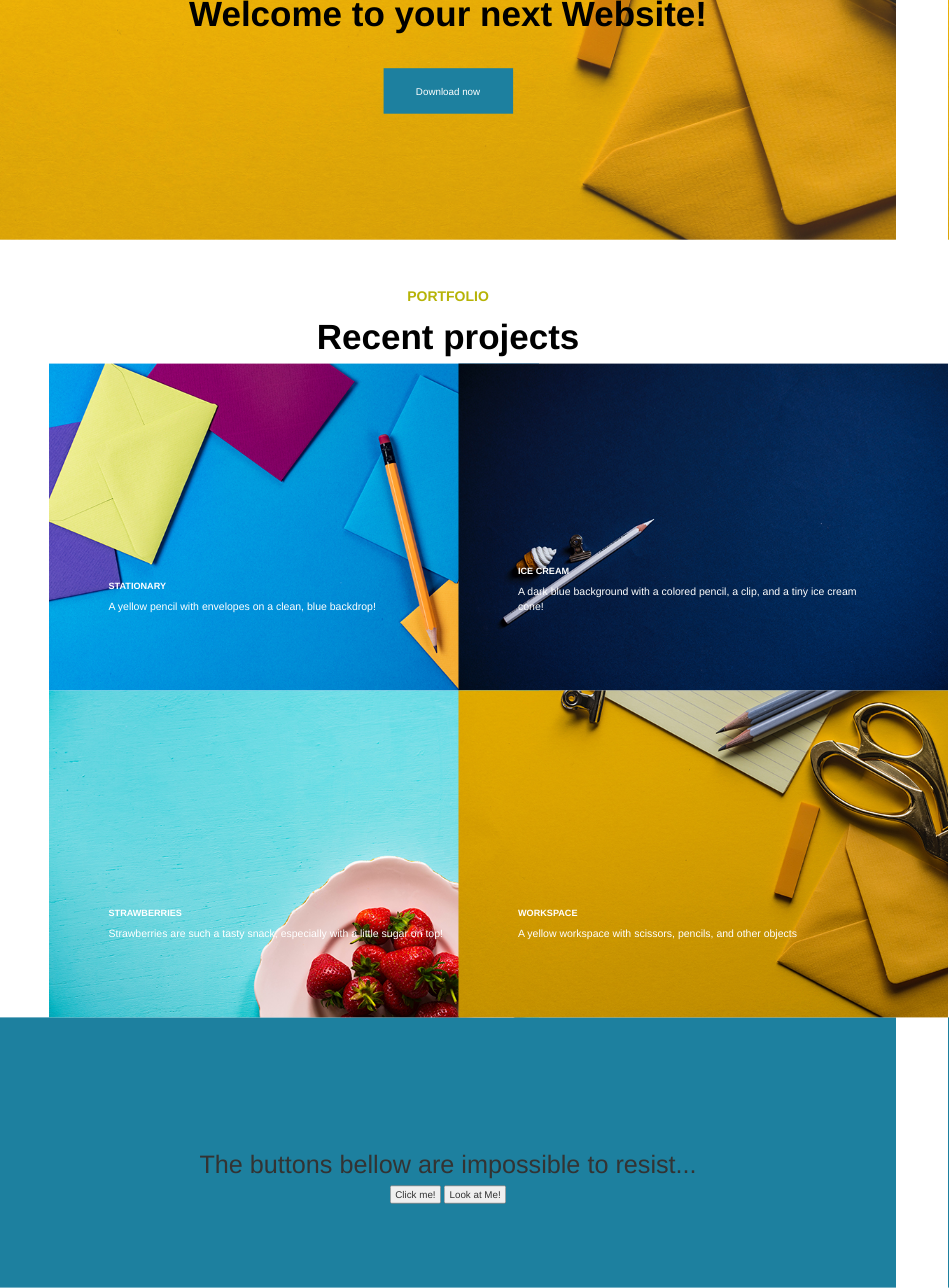
Repository: codin-full-stack/tomasz
Page: http://localhost/tomasz/portfolio/index.php
These files come from the project's save history. The page is drawn as it stood at one moment and after the next save; the edit follows.
The browser window is 1280 px wide. The page is 1355 px wide, so the pictures cover 1355 px, including what lies to the right of the window. The pictures show the part of the page from y = 2088 to 3928 px (the page is 3928 px tall before and 3542 px after), at 70% of full size.
Some web libraries are served in a nearby version. The page is run by PHP 8.4 with error messages shown; the project is at /var/www/html/.

Above is the page before, as saved 2018-10-23 09:26:25.

### portfolio/index.php
<!DOCTYPE html>
<html lang="en">
  <head>
    <meta charset="utf-8">
    <meta name="viewport" content="width=device-width, initial-scale=1, shrink-to-fit=no">
    <link rel="stylesheet" href="styles.css">
    <!-- Latest compiled and minified CSS -->
    <link rel="stylesheet" href="https://maxcdn.bootstrapcdn.com/bootstrap/3.3.7/css/bootstrap.min.css">
    <link rel="stylesheet" href="https://use.fontawesome.com/releases/v5.4.1/css/all.css" integrity="sha384-5sAR7xN1Nv6T6+dT2mhtzEpVJvfS3NScPQTrOxhwjIuvcA67KV2R5Jz6kr4abQsz" crossorigin="anonymous">
    <!-- jQuery library -->
    <script src="https://ajax.googleapis.com/ajax/libs/jquery/3.3.1/jquery.min.js"></script>
    <!-- Latest compiled JavaScript -->
    <script src="https://maxcdn.bootstrapcdn.com/bootstrap/3.3.7/js/bootstrap.min.js"></script>
  </head>

<body>
    <section class="first">
      <div class="container-fluid flex">
        <div class="textbox">
        <h1 class="maintext">Stylish portfolio</h1>
        <h2 class="secondtext"><i>A free Bootstrap Theme by Start Bootstrap</i></h2>
        <button class="button">Find Out More</button>
        </div>
      </div>
    </section>

    <section class="second">
      <div class="container-fluid flex">
        <div class="textbox2">
          <h1 class="maintext2">Stylish portfolio is the perfect theme for your next project!</h1>
          <h2 class="secondtext2"><i>This theme features is flexible, UX friendly sidebar menu and stock photos from your friends at Unsplash!</i></h2>
          <button class="button2">What We Offer</button>
        </div>
      </div>
    </section>

    <section class="third">
      <div class="container flex">
        <div class="textbox3">
        <h2 class="secondtext3">SERVICES</h2>
        <h1 class="maintext3">What We Offer</h1>
          <div class="row">
              <div class="col-md-3">
                <div class="iconframe"></div>
                <p class="maintext4">Responsive</p>
                <p class="secondtext4">Looks great on any screen size!</p>
              </div>
              <div class="col-md-3">
              <div class="iconframe"></div>
                <p class="maintext4">Redesigned</p>
                <p class="secondtext4">Freshly design for Boostrap 4.</p>
              </div>
              <div class="col-md-3">
                <div class="iconframe"></div>
                  <p class="maintext4">Favorited</p>
                  <p class="secondtext4">Million of users (icon) Boostrap!</p>

              </div>
              <div class="col-md-3">
                <div class="iconframe"></div>
                  <p class="maintext4">Question</p>
                  <p class="secondtext4">I mustache you a question..</p>
              </div>
            </div>
        </div>
      </div>
    </section>

        <section class="fourth">
      <div class="container-fluid flex">
        <div class="textbox4">
        <h1 class="maintext5">Welcome to your next Website!</h1>
        <button class="button">Download now</button>
        </div>
      </div>
    </section>

<section class="fifth">
      <div class="container flex">
        <div class="textbox5">
        <h2 class="secondtext5">PORTFOLIO</h2>
        <h1 class="maintext5">Recent projects</h1>
          <div class="row">
              <div class="col-md-6">
                <img src="images/portfolio-1.jpg" alt="">
                  <div class="photobox">
                  <h2 class="maintext6">STATIONARY</h2>
                  <p class="secondtext6">A yellow pencil with envelopes on a clean, blue backdrop!</p>
                  </div>
              </div>
              <div class="col-md-6">
              <img src="images/portfolio-2.jpg" alt="">
                <div class="photobox">
                  <h2 class="maintext6">ICE CREAM</h2>
                  <p class="secondtext6">A dark blue background with a colored pencil, a clip, and a tiny ice cream cone!</p>
                </div>
              </div>
            </div>
            <div class="row">
              <div class="col-md-6">
              <img src="images/portfolio-3.jpg" alt="">
                <div class="photobox">
                  <h2 class="maintext6">STRAWBERRIES</h2>
                  <p class="secondtext6">Strawberries are such a tasty snack, especially with a little sugar on top!</p>
                </div>
              </div>
              <div class="col-md-6">
                <img src="images/portfolio-4.jpg" alt="">
                  <div class="photobox">
                    <h2 class="maintext6">WORKSPACE</h2>
                    <p class="secondtext6">A yellow workspace with scissors, pencils, and other objects</p>
                </div>
              </div>
            </div>
        </div>
      </div>
    </section>


    <section class="seventh">
      <div class="container-fluid flex">
        <div class="textbox7">
          <h1 class="maintext7">The buttons bellow are impossible to resist...</h1>
          <button class="button7-1">Click me!</button>
          <button class="button7-2">Look at Me!</button>
        </div>
      </div>
    </section>




</body>



























</html>

### portfolio/styles.css
body {
    /* width: 100vw;
    height: 100vh; */
}

.first {
    height: 100vh;
    display: flex;
    width: 100%;
    background-image: url("images/bg-masthead.jpg");
    background-position: left;
    background-repeat: no-repeat;
    background-size: cover;
}

.second {
    padding: 120px 0;
    background-color: #ffffff;

}
.third {
    background-color: #1d809f;
    height: 550px;
}

.fourth {
    height: 100vh;
    background-image: url("images/bg-callout.jpg");
    background-position: left;
    background-repeat: no-repeat;
    background-size: cover;
}
.fifth {
    /* height: 100vh; */

}
.seventh {
    padding: 120px 0;
    background-color: #1d809f;
}

.textbox {
    width: 650px;
    align-self: center;
    text-align: center;
    margin: 0 auto;
}
.textbox2 {

    width: 840px;
    align-self: center;
    text-align: center;
    margin: 0 auto;
}

.textbox3 {
    padding-top: 100px;
    align-self: center;
    text-align: center;
    margin: 0 auto;
}
.textbox4 {
    padding-top: 350px;
    align-self: center;
    text-align: center;
    margin: 0 auto;
}
.textbox5 {
    padding-top: 50px;
    align-self: center;
    text-align: center;
    margin: 0 auto;
}

.textbox7 {
    padding-top: 50px;
    align-self: center;
    text-align: center;
    margin: 0 auto;
}

.first h1 {
    font-size: 85px;
}

.first h2 {
    font-size: 30px;
}

.second h1 {
    font-size: 26px;
    font-weight: 750;
}
.second h2 {
    font-size: 16px;
    font-weight: 750;
}
.third h2 {
    font-size: 20px;
    font-weight: bold;
    color: #b6b307;
}

.third h1 {
    font-size: 50px;
    font-weight: bold;
    color: #ffffff;
}
.fourth h1 {
    font-size: 50px;
    font-weight: bold;
    color: #000000;
}

.maintext4 {
    font-size: 30px;
    font-weight: bold;
    color: #ffffff;
}

.secondtext4 {
    font-size: 20px;
    font-weight: bold;
    color: #bcd4d1;
}

.fifth h2 {
    font-size: 20px;
    font-weight: bold;
    color: #b6b307;
}

.fifth h1 {
    font-size: 50px;
    font-weight: bold;
    color: #000000;
}

.photobox h2 {
    color: #ffffff;
    font-size:  13px;
    text-align: left;
}

.photobox p {
    color: #ffffff;
    text-align: left;
    font-size: 15px;
}
.container-fluid {

}

.flex {
    display: flex;
}

.button {
    width: 185px;
    height: 65px;
    background-color: #1d809f;
    border: none;
    color: #ffffff;
    align-self: center;
    margin-top: 40px;
}

.button2 {
    width: 185px;
    height: 65px;
    background-color: #000000;
    border: none;
    color: #ffffff;
    margin-top: 40px;
}

.iconframe {
    height: 120px;
    width: 120px;
    background-color: #ffffff;
    border-radius: 100%;
    display: inline-block;
}

.photobox {
    position: absolute;
    bottom: 100px;
    left: 100px;
}

After the next save:
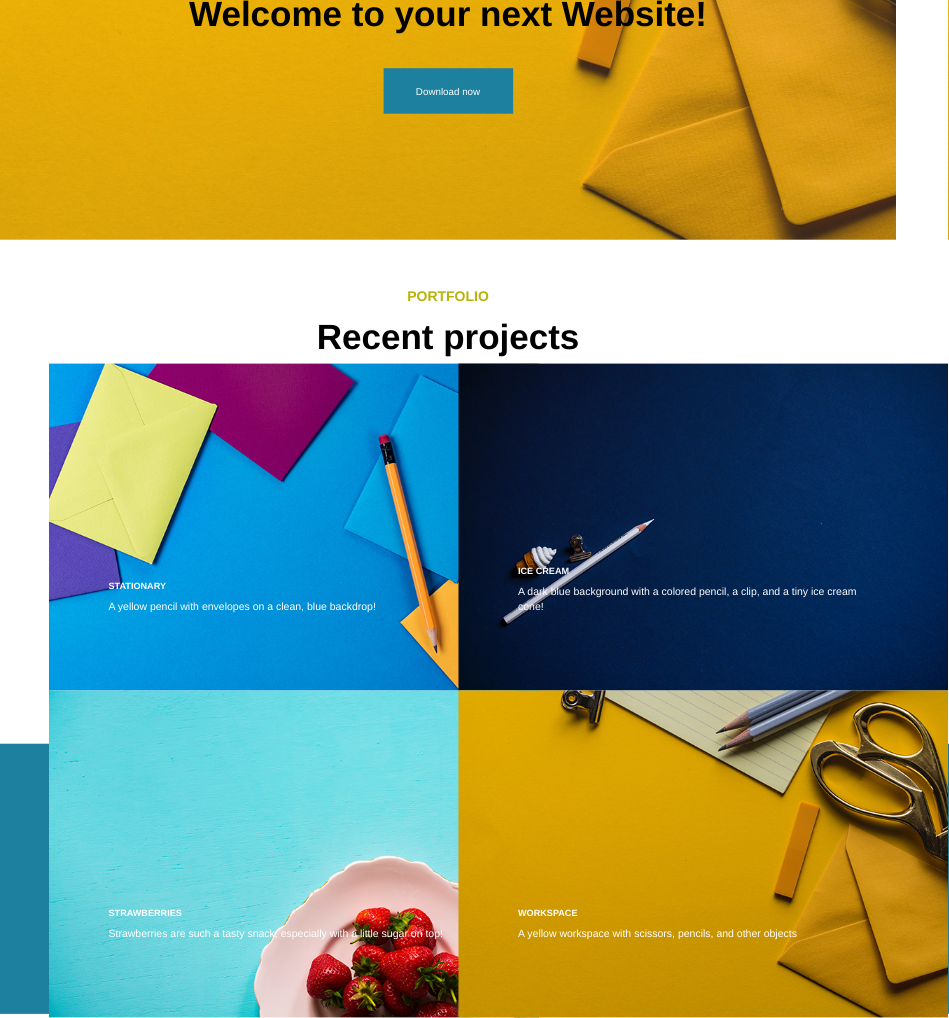
Saved 35 s later.
--- a/portfolio/styles.css
+++ b/portfolio/styles.css
@@ -31,7 +31,7 @@ body {
     background-size: cover;
 }
 .fifth {
-    /* height: 100vh; */
+    height: 100vh;
 
 }
 .seventh {
